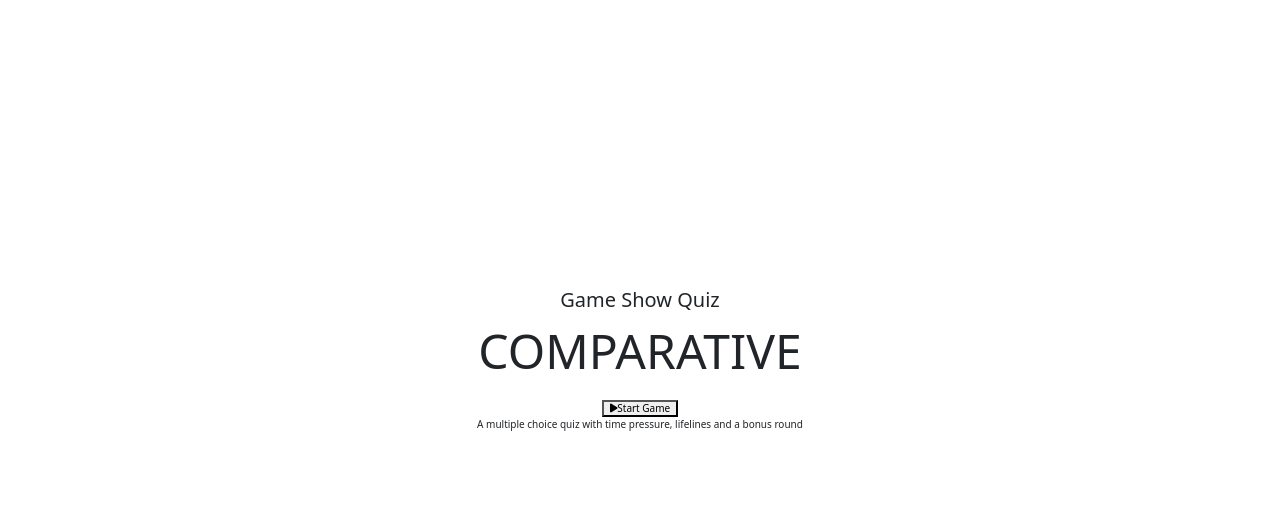
Repository: litaiqiang1407/comparative-gq
Page: /
These files come from the project's save history. The page is drawn as it stood at one moment and after the next save; the edit follows.
The browser window is 1280 px wide. The pictures show the whole page.
The project was rebuilt for these pictures with package versions that can differ from the ones it lists, and the page was loaded fresh each time. Also part of the build but not shown: vue.config.js.

Above is the page before, as saved 2024-06-20 19:48:39.

After the next save:
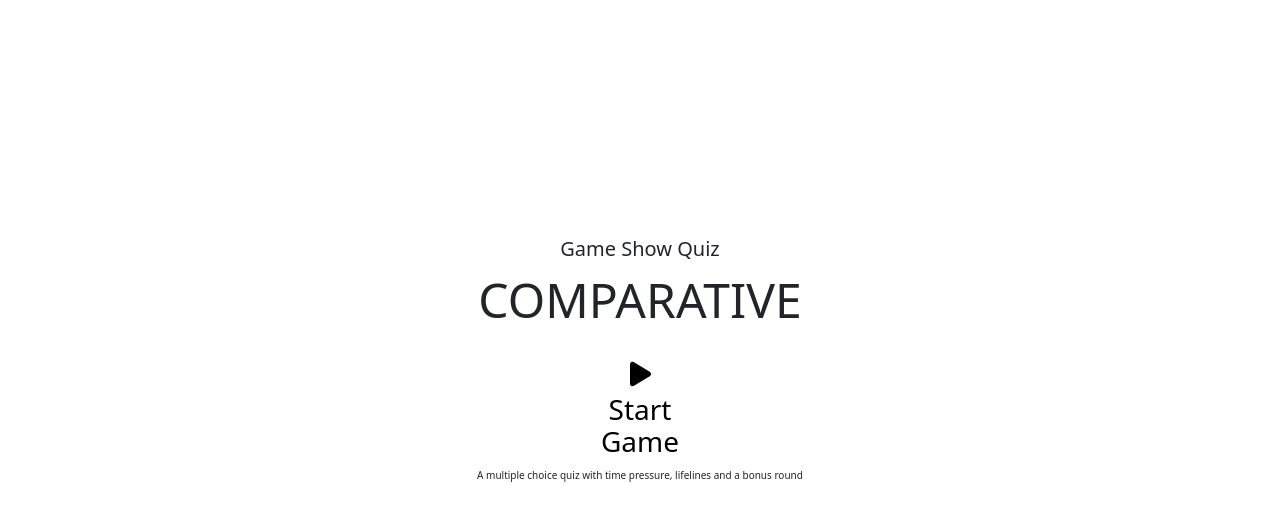
Saved 13 s later.
--- a/src/components/StartGame/StartGame.scss
+++ b/src/components/StartGame/StartGame.scss
@@ -23,4 +23,25 @@
     font-size: 4.8rem;
     margin-bottom: 2rem;
   }
+
+  .play-button {
+    height: 120px;
+    width: 120px;
+    display: flex;
+    flex-direction: column;
+    justify-content: center;
+    align-items: center;
+    border: none;
+    background-color: transparent;
+    cursor: pointer;
+
+    svg {
+      font-size: 2.8rem;
+      margin-bottom: 0.5rem;
+    }
+
+    span {
+      font-size: 2.8rem;
+    }
+  }
 }
